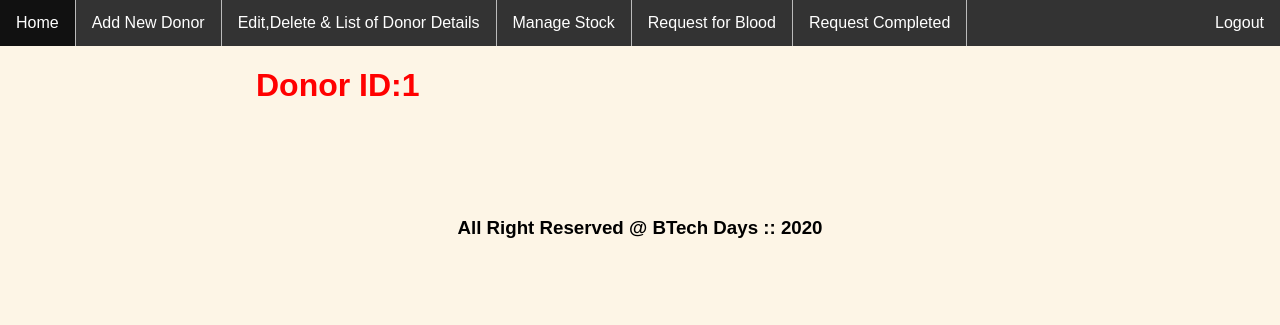
Repository: Tejas-2408/Blood-Bank-Management
Page: http://localhost/Blood_Bank_Management_System/addNewDonor.jsp
An editor plug-in stored every save of this project. The page is shown before and after the next save, followed by the edit.
The browser window is 1280 px wide. The pictures show the whole page.
The page is served by Tomcat 9. Queries for data that is not in the repository find no rows.

Above is the page before, as saved 2022-06-03 14:00:16.

### Blood Bank Management System/src/main/webapp/addNewDonor.jsp
<%@include file="header.html"%>
<%@page import="Project.ConnectionProvider,java.sql.*" %>
<!DOCTYPE html PUBLIC "-//W3C//DTD HTML 4.01 Transitional//EN" "http://www.w3.org/TR/html4/loose.dtd">
<html>
<head>
 <link rel="stylesheet" href="style.css" type="text/css" media="screen">
<style>
input[type="text"], input[type="password"], input[type="email"], select,input[type="number"]
{
    border: none;
    background:silver;
    height: 50px;
    font-size: 16px;
	padding:15px;
	width:60%;
	border-radius: 25px;
	margin-left:20%;
}
h2,h1
{
	margin-left:20%;
}
hr
{
width:60%;
}
</style>
</head>
<body>
<%
int id=1;
try{
	Connection con = ConnectionProvider.getCon();
	Statement st = con.createStatement();
	ResultSet rs = st.executeQuery("select max(id) from donor");
	if(rs.next()){
		id = rs.getInt(1);
		id++;
	}  %>
	<div class="container">
	<h1 style="color:red;">Donor ID:<%out.print(id); %></h1>
	<%
}
catch(Exception e){
}

%>





  </div>

<br>
<br>
<br>
<br>
<h3><center>All Right Reserved @ BTech Days :: 2020  </center></h3>

</body>
</html>

### Blood Bank Management System/src/main/webapp/header.html
<!DOCTYPE html>
<html>
<head>
 <link rel="stylesheet" href="style.css" type="text/css" media="screen">
<style>

ul {
  list-style-type: none;
  margin: 0;
  padding: 0;
  overflow: hidden;
  background-color: #333;
}

li {
  float: left;
  border-right:1px solid #bbb;
}

li:last-child {
  border-right: none;
}

li a {
  display: block;
  color: white;
  text-align: center;
  padding: 14px 16px;
  text-decoration: none;
}

li a:hover:not(.active) {
  background-color: #111;
}

.active {
  background-color: #4CAF50;
}
</style>
</head>
<body>

<ul>
  <li><a href="home.jsp">Home</a></li>
  <li><a href="addNewDonor.jsp">Add New Donor</a></li>
  <li><a href="editDeleteList.jsp">Edit,Delete & List of Donor Details</a></li>
    <li><a href="manageStock.jsp">Manage Stock</a></li>
  <li><a href="requestForBlood.jsp">Request for Blood</a></li>
  <li><a href="requestCompleted.jsp">Request Completed</a></li>
  <li style="float:right"><a href="adminLogin.jsp">Logout</a></li>
</ul>

</body>
</html>

### Blood Bank Management System/src/main/java/Project/ConnectionProvider.java
package Project;
import java.sql.*;

public class ConnectionProvider {

	public static Connection getCon() {
		try {
			Class.forName("com.mysql.jdbc.Driver");
			Connection con = DriverManager.getConnection("jdbc:mysql://localhost:3306/bloodbank","root","root");
			return con;
		}
		catch(Exception e) {
			System.out.print(e);
			return null;
		}
	}

}

### Blood Bank Management System/src/main/webapp/style.css
body{
background-color:#FDF5E6;
}
img{
width:100%;
height:500px;
}

.logo{
width:130px;
height:90px;
}
body {
  margin: 0;
  font-family: Arial;
}

.header {
  overflow: hidden;
  background-color:#B0C4DE;
  padding: 20px 10px;
}

.header a {
  float: left;
  color: white;
  text-align: center;
  padding: 12px;
  text-decoration: none;
  font-size: 18px;
  line-height: 25px;
  border-radius: 4px;
}

.header a.logo {
  font-size: 25px;
  font-weight: bold;
}


.header a.active {
  background-color: dodgerblue;
  color: white;
}

.header-right {
  float: right;
}

@media screen and (max-width: 500px) {
  .header a {
    float: none;
    display: block;
    text-align: left;
  }
  .header-right {
    float: none;
  }
}
.slide{
background-color:red;
}


textarea
{
    border: none;
    margin-left:100px;
	background:silver;
	width:100%;
    font-size: 16px;
	padding:15px;

}
.textdiv{
	margin-left:2.5%;
	margin-right:2.5%;
	width:100%;
}

iframe{

	height:50%;
	width:90%;
}


.button {
  border-radius: 4px;
  background-color: black;
  border: solid;
  color: #FFFFFF;
  text-align: center;
  font-size: 23px;
  padding: 5px;
  width: 120px;
  transition: all 0.5s;
  cursor: pointer;
  margin: 5px;
}

.button1 {
  border-radius: 4px;
  background-color: black;
  border: solid;
  border-radius:30px;
  border-color:silver;
  color: #FFFFFF;
  text-align: center;
  font-size: 23px;
  padding: 5px;
  width: 140px;
  transition: all 0.5s;
  cursor: pointer;
  margin: 5px;
  float:right;
}

button span {
  cursor: pointer;
  display: inline-block;
  position: relative;
  transition: 0.5s;
}

button span:after ,button1 span:after {
  content: '\00bb';
  position: absolute;
  opacity: 0;
  top: 0;
  right: -20px;
  transition: 0.5s;
}

button:hover span , button1:hover span {
  padding-right: 25px;
}

button:hover span:after , button1:hover span:after {
  opacity: 1;
  right: 0;
}



.p1{
	margin-left:6%;
	margin-right:6%;
	padding:15%;
	 border-left: 6px solid silver;
	 border-right: 6px solid silver;
	  border-top: 6px solid gray;
	 border-bottom: 6px solid gray;
	margin-bottom:2px;
	 background: rgba(0, 0, 0, 0.2);

}
.p2
{
	margin-left:6%;
	margin-right:6%;
	padding:9%;
	border:solid;
	border-left: 6px solid silver;
	 border-right: 6px solid silver;
	  border-top: 6px solid gray;
	 border-bottom: 6px solid gray;
	margin-bottom:18px;
	 background: rgba(0, 0, 0, 0.2);
}


.p3{

	color:white;
	margin-left:6%;
}


.m1{
	width:140px;
}

* {
    box-sizing: border-box;
}

body {
    margin: 0;
    font-family: Arial;
}

.header {
    text-align: center;
    padding: 32px;
}

.row {
    display: -ms-flexbox; /* IE10 */
    display: flex;
    -ms-flex-wrap: wrap; /* IE10 */
    flex-wrap: wrap;
    padding: 0 4px;

}
.row1 {
    display: -ms-flexbox; /* IE10 */
    display: flex;
    -ms-flex-wrap: wrap; /* IE10 */
    flex-wrap: wrap;
    padding: 0 4px;
	background-color:black;

}


/* Create four equal columns that sits next to each other */
.column {
    -ms-flex: 25%; /* IE10 */
    flex: 25%;
    max-width: 50%;
    padding: 0 4px;
}
.column1 {
    -ms-flex: 25%; /* IE10 */
    flex: 25%;
    max-width: 100%;
    padding: 0 4px;
}


.column img {
    margin-top: 8px;
    vertical-align: middle;
	height:300px;
	padding:30px;
}

/* Responsive layout - makes a two column-layout instead of four columns */
@media screen and (max-width: 800px) {
    .column {
        -ms-flex: 50%;
        flex: 50%;
        max-width: 50%;
    }
}

/* Responsive layout - makes the two columns stack on top of each other instead of next to each other */
@media screen and (max-width: 600px) {
    .column {
        -ms-flex: 100%;
        flex: 100%;
        max-width: 100%;
    }
}
p{
padding:10px;
}

.h1d{
color:white;
margin-left:5%;
}
.h1e{
color:white;
margin-left:28%;
}

After the next save:
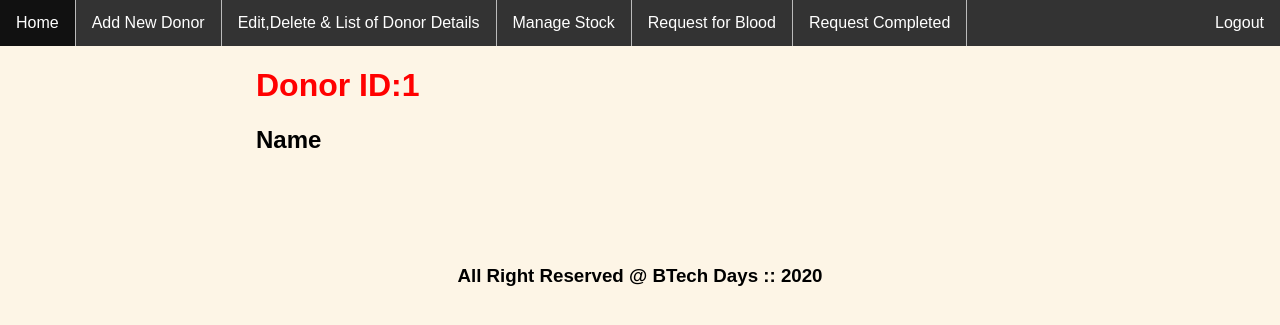
Saved 112 s later.
--- a/Blood Bank Management System/src/main/webapp/addNewDonor.jsp
+++ b/Blood Bank Management System/src/main/webapp/addNewDonor.jsp
@@ -43,10 +43,15 @@ try{
 }
 catch(Exception e){
 }
-
 %>
 
+<div class="container">
+<form action="addNewDonorAction.jsp" method="post">
+<input type="hidden" name="id" value="<% out.println(id);%>">
+<h2>Name</h2>
+</form>
 
+</div>
 
 
 
